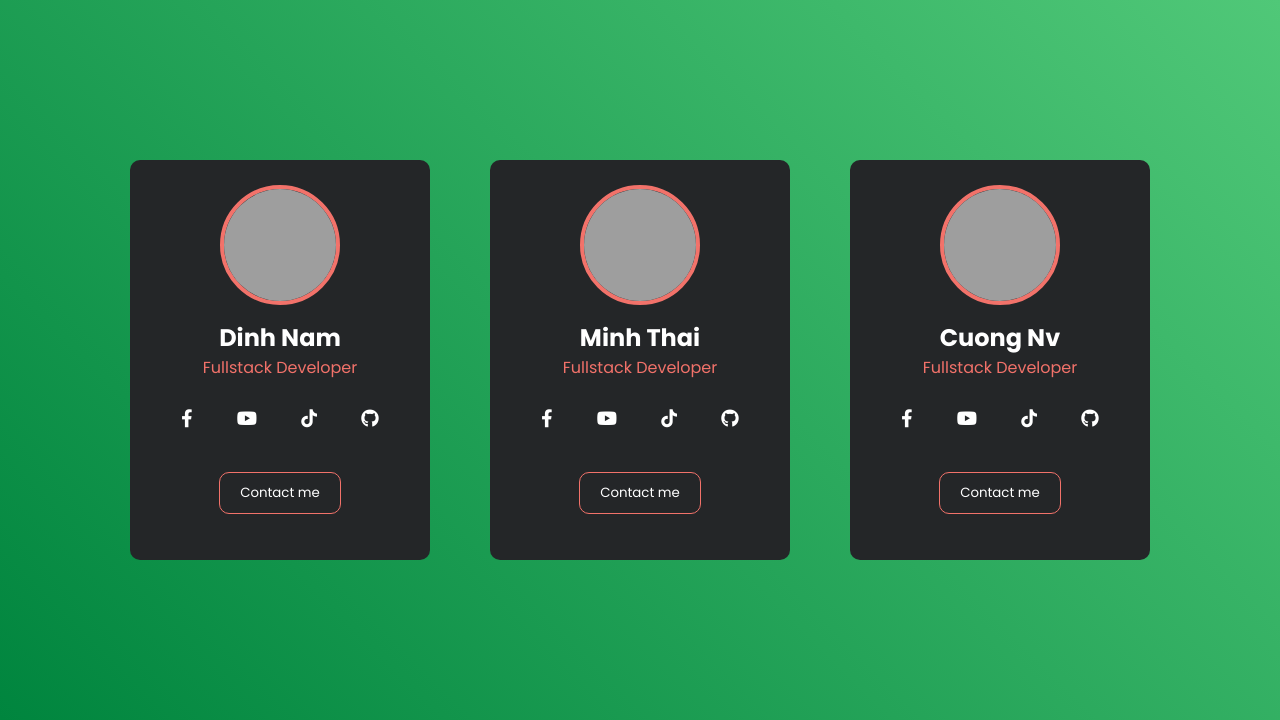
Repository: Zenchancute/HTML-CSS-tutorial-
Page: profile/index.html
An editor plug-in stored every save of this project. The page is shown before and after the next save, followed by the edit.
The browser window is 1280 px wide. The pictures show the whole page.
Pictures or frames that could not be fetched are drawn as grey boxes.

Above is the page before, as saved 2021-11-28 19:55:51.

After the next save:
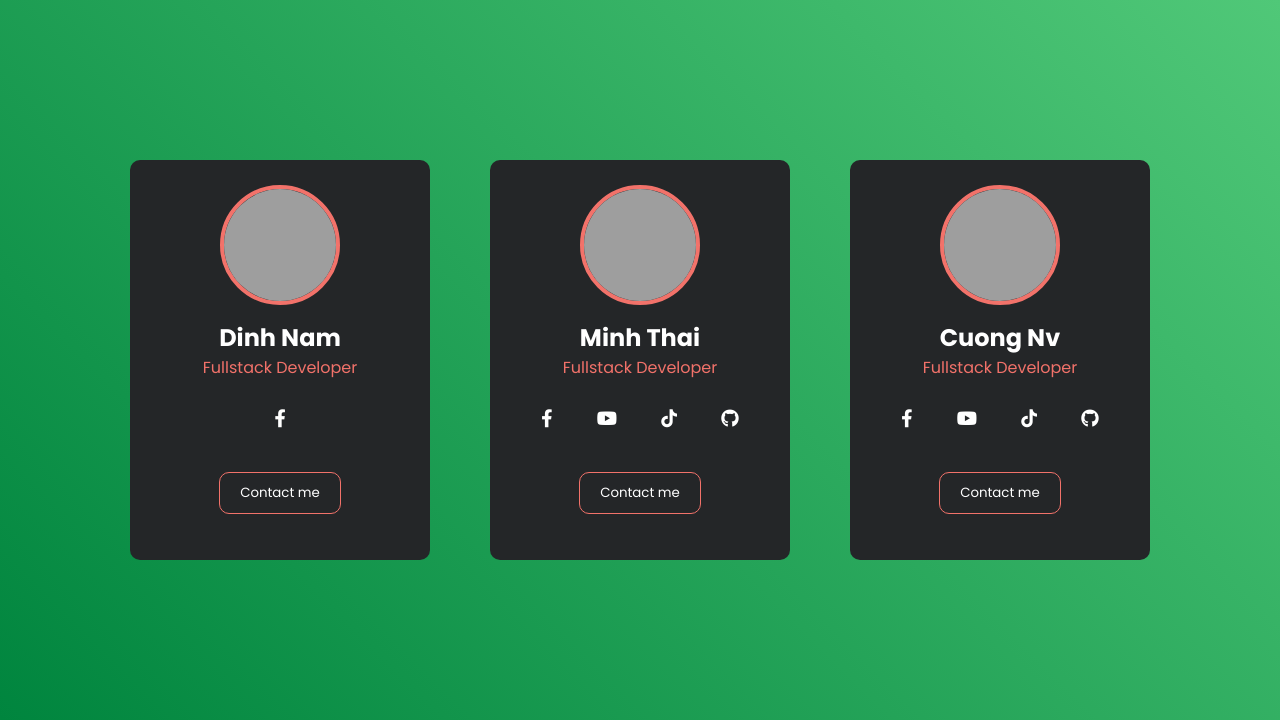
Saved 2 min 41 s later.
--- a/profile/index.html
+++ b/profile/index.html
@@ -22,15 +22,7 @@
             <a target="_black" href="https://www.facebook.com/nam.nodemy">
                 <i class="fab fa-facebook-f"></i>
             </a>
-            <a target="_black" href="https://www.youtube.com/c/Nodemy">
-                <i class="fab fa-youtube"></i>
-            </a>
-            <a target="_black" href="https://www.tiktok.com/@manindev">
-                <i class="fab fa-tiktok"></i>
-            </a>
-            <a target="_black" href="https://github.com/namndwebdev/html-css-js-thuc-chien">
-                <i class="fab fa-github"></i>
-            </a>
+
         </div>
         <button>Contact me</button>
     </div>
